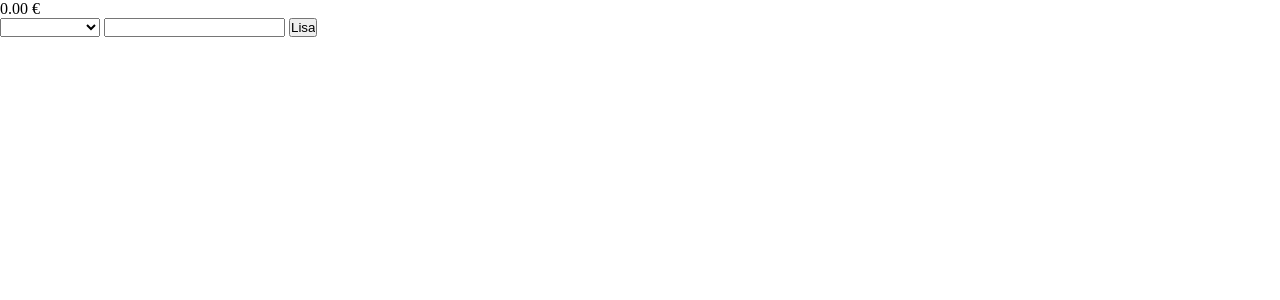
Repository: vikatgen/MTUE-API
Page: index.html
An editor plug-in stored every save of this project. The page is shown before and after the next save, followed by the edit.
The browser window is 1280 px wide. The pictures show the whole page.
The page's requests for data from a server got no answer.

Above is the page before, as saved 2020-03-25 14:20:31.

After the next save:
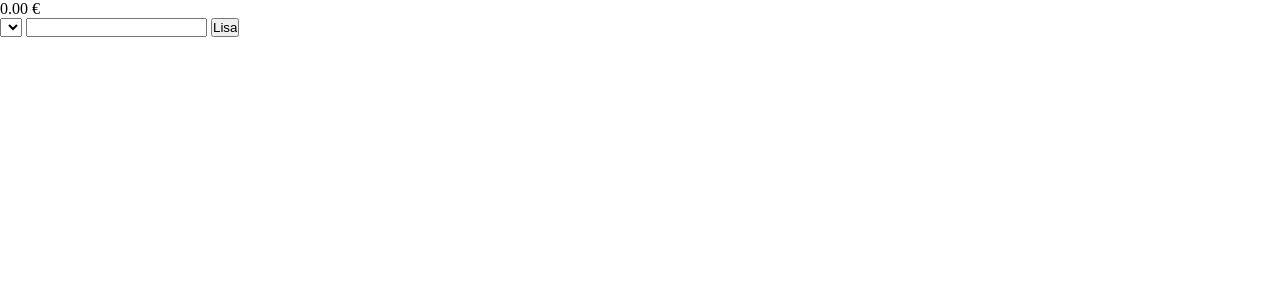
Console error (its wording comes from the project's code and is left out).
Saved 87 s later.
--- a/app.js
+++ b/app.js
@@ -47,7 +47,7 @@
         rowDiv.classList.add("list-item");
         rowDiv.innerHTML = `
             <div>${occupations[selectedKey].name}</div>
-            <div>${salary}</div>
+            <div>${salary.toFixed(2).replace(",", ".") + " €";}</div>
             <div>X</div>
         `;
         listContainer.append(rowDiv);

After the save that followed:
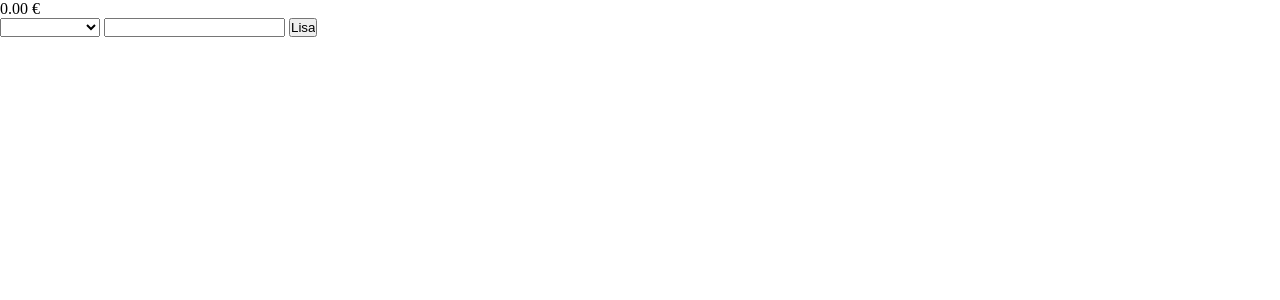
The error is gone.
Saved 11 s later.
--- a/app.js
+++ b/app.js
@@ -47,7 +47,7 @@
         rowDiv.classList.add("list-item");
         rowDiv.innerHTML = `
             <div>${occupations[selectedKey].name}</div>
-            <div>${salary.toFixed(2).replace(",", ".") + " €";}</div>
+            <div>${salary.toFixed(2).replace(",", ".") + " €"}</div>
             <div>X</div>
         `;
         listContainer.append(rowDiv);
